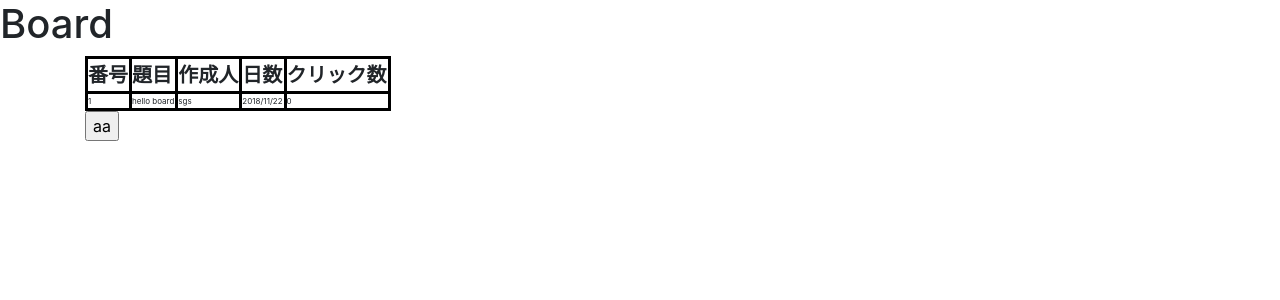
Repository: songgisung/study_web
Page: 20181126/test/board/WebContent/board.html
The author's editor kept a copy of each file at every save. The page is drawn from the files as they stood at one save, then again after a run of saves.
The browser window is 1280 px wide. The pictures show the whole page.

Above is the page before, as saved 2018-11-26 04:43:22.

After the next 2 saves:
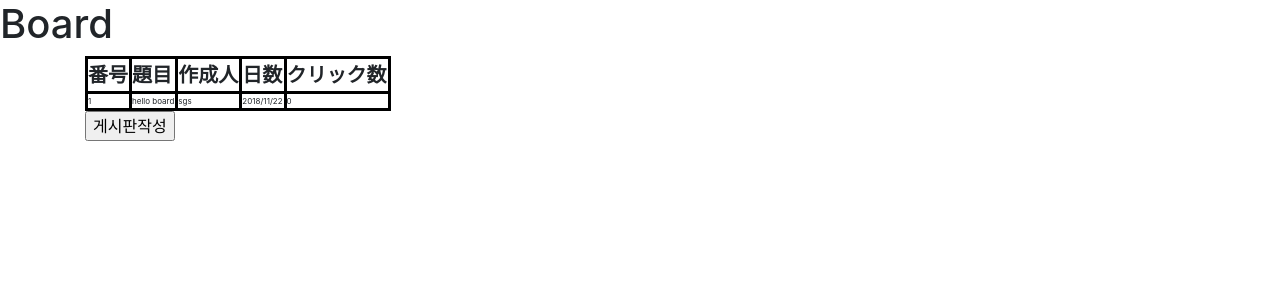
The 2 saves are shown as one change because they came seconds apart.
The last was saved 31 s later.
--- a/20181126/test/board/WebContent/board.html
+++ b/20181126/test/board/WebContent/board.html
@@ -27,7 +27,7 @@
 				<td>0</td>
 			</tr>
 		</table>
-		<input type="button" name="게시판작성" value="aa" onclick="location.href='BoardWriter.html'"><br/>
+		<input type="button" name="BoardWriter" value="게시판작성" onclick="location.href='BoardWriter.html'"><br/>
 
 
 		<!-- <from action="BoardWriter.html" method="post"></from> -->
